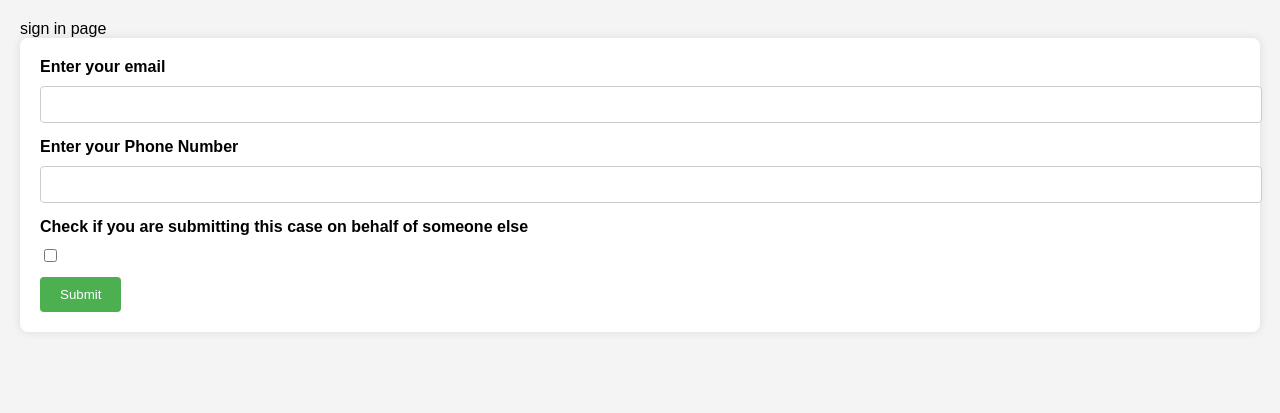
Repository: OmarAl-Saleh/Hospital-Emergency-System
Page: http://localhost/EmergencySystem/patient/sign-in.jsp
The author's editor kept a copy of each file at every save. The page is drawn from the files as they stood at one save, then again after the next save.
The browser window is 1280 px wide. The pictures show the whole page.
The page is served by Tomcat 9. Other server files are loaded and not shown.

Above is the page before, as saved 2024-05-22 10:42:39.

### EmergencySystem/EmergencySystem/src/main/webapp/patient/sign-in.jsp
<%@ page language="java" contentType="text/html; charset=ISO-8859-1"
    pageEncoding="ISO-8859-1"%>
<!DOCTYPE html>
<html>
<head>
<meta charset="ISO-8859-1">
<title>Patient sign in page</title>
<style>
    body {
        font-family: Arial, sans-serif;
        background-color: #f4f4f4;
        margin: 0;
        padding: 20px;
    }

    form {
        background-color: white;
        padding: 20px;
        border-radius: 8px;
        box-shadow: 0 0 10px rgba(0, 0, 0, 0.1);
    }

    label {
        display: block;
        margin-bottom: 10px;
        font-weight: bold;
    }

    input[type="text"], input[type="email"], input[type="tel"] {
        width: 100%;
        padding: 10px;
        margin-bottom: 15px;
        border: 1px solid #ccc;
        border-radius: 4px;
    }

    input[type="checkbox"] {
        margin-bottom: 15px;
    }

    input[type="submit"] {
        background-color: #4CAF50;
        color: white;
        border: none;
        padding: 10px 20px;
        cursor: pointer;
        border-radius: 4px;
    }

    input[type="submit"]:hover {
        background-color: #45a049;
    }

    .hidden-section {
        display: none;
    }
</style>
<script>
    function togglePatientInfo() {
        var checkbox = document.querySelector('input[name="sub_patient"]');
        var patientInfoDiv = document.getElementById('patient-info');
        patientInfoDiv.style.display = checkbox.checked ? 'block' : 'none';
    }

    window.onload = function() {
        var checkbox = document.querySelector('input[name="sub_patient"]');
        checkbox.addEventListener('change', togglePatientInfo);
        togglePatientInfo(); // Initial check to set the correct state on page load
    }
</script>
<head>sign in page</head>
<body>
<form action="patient" method="get">
    <input type="hidden" name="source" value="sign-in"/>
    <label>Enter your email</label>
    <input type="email" name="email" required/>
    <br>
    <label>Enter your Phone Number</label>
    <input type="tel" name="phoneNumber" required/>
    <br>
    <label>Check if you are submitting this case on behalf of someone else</label>
    <input type="checkbox" name="sub_patient" />
    <div id="patient-info" class="hidden-section">
        <br>
        <label>Enter Patient Name</label>
        <input type="text" name="sub_patient_name"/>
        <br>
        <label>Enter Patient Relation</label>
        <input type="text" name="sub_patient_relation"/>
    </div>
    <br>
    <input type="submit" value="Submit" />
</form>
</body>
</html>

After the next save:
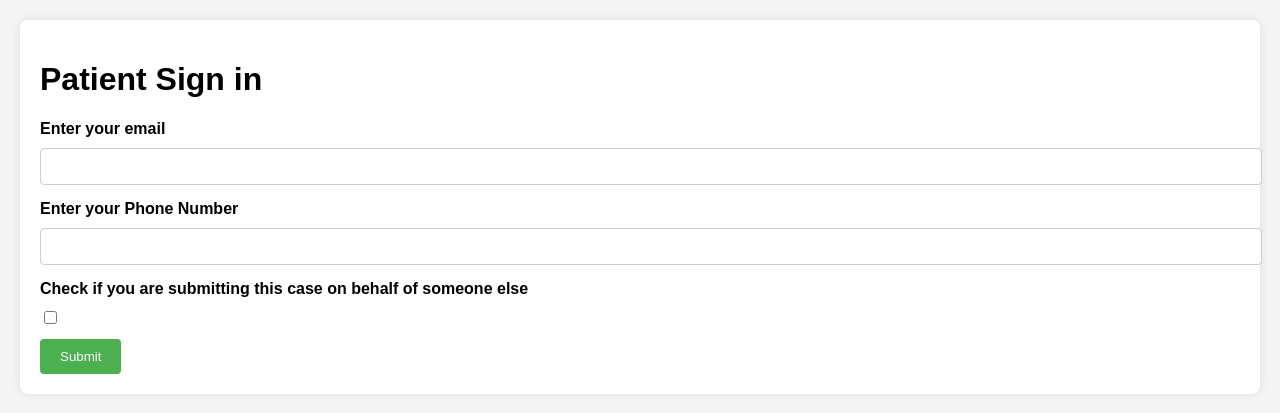
Saved 25 s later.
--- a/EmergencySystem/EmergencySystem/src/main/webapp/patient/sign-in.jsp
+++ b/EmergencySystem/EmergencySystem/src/main/webapp/patient/sign-in.jsp
@@ -68,9 +68,10 @@
         togglePatientInfo(); // Initial check to set the correct state on page load
     }
 </script>
-<head>sign in page</head>
+</head>
 <body>
 <form action="patient" method="get">
+    <h1>Patient Sign in </h1>
     <input type="hidden" name="source" value="sign-in"/>
     <label>Enter your email</label>
     <input type="email" name="email" required/>
